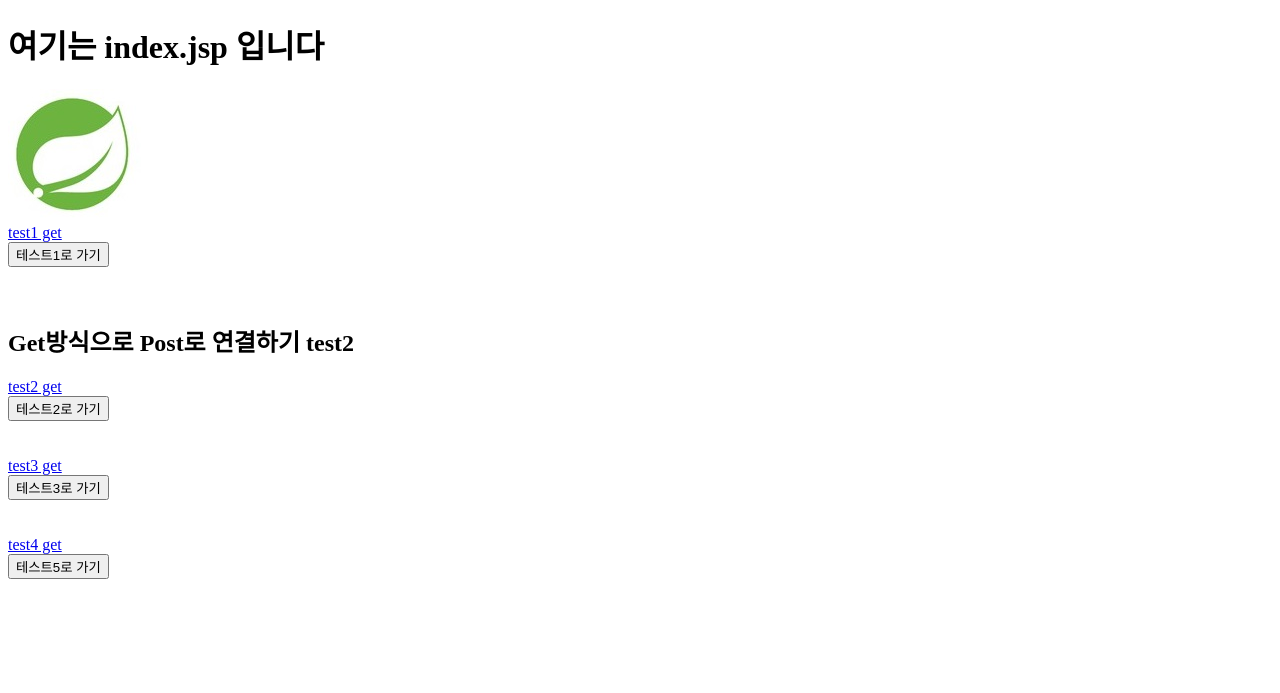
Repository: nxx5xxx/spring
Page: http://localhost/RequestMethod/WEB-INF/views/index.jsp
The author's editor kept a copy of each file at every save. The page is drawn from the files as they stood at one save, then again after the next save.
The browser window is 1280 px wide. The pictures show the whole page.
The page is served by Tomcat 9. Nobody is signed in. The template is opened directly, without the code that normally fills it, so the values that code supplies are empty.

Above is the page before, as saved 2023-06-05 05:41:12.

After the next save:
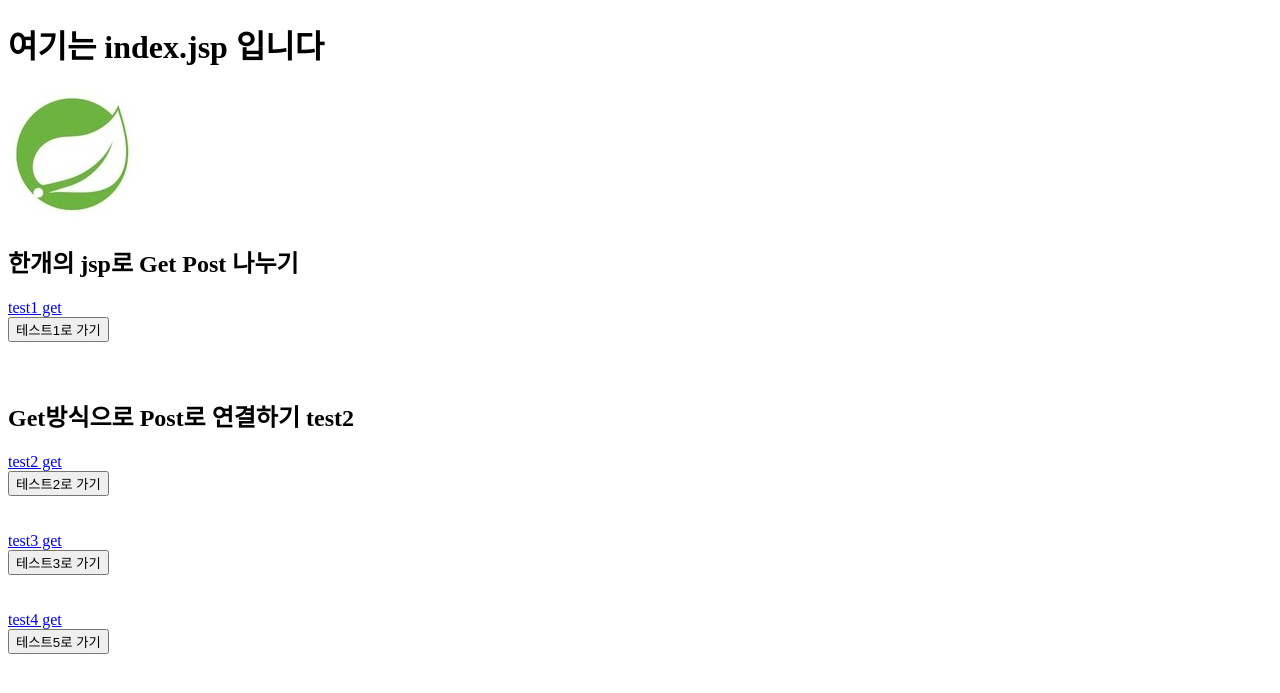
Saved 23 s later.
--- a/RequestMethod/WebContent/WEB-INF/views/index.jsp
+++ b/RequestMethod/WebContent/WEB-INF/views/index.jsp
@@ -9,6 +9,8 @@
 <body>
 	<h1>여기는 index.jsp 입니다</h1>
 	<img src="image/spring_logo.jpg"><br>
+
+	<h2> 한개의 jsp로 Get Post 나누기</h2>
 	<a href="test1">test1 get</a><br>
 	<form action="test1" method="post">
 	<input type="submit" value="테스트1로 가기">
